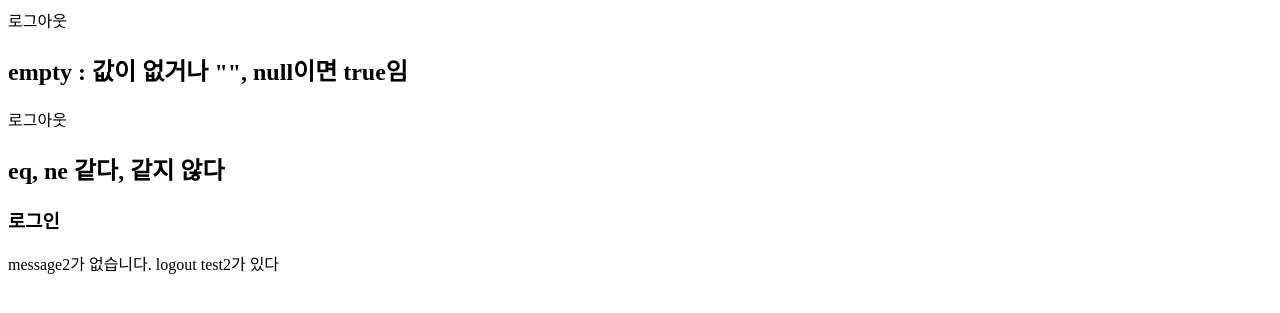
Repository: moonsae/jsp
Page: http://localhost/ELprj0908/jstl4
The author's editor kept a copy of each file at every save. The page is drawn from the files as they stood at one save, then again after the next save.
The browser window is 1280 px wide. The pictures show the whole page.
The page is served by Tomcat 9. Other server files are loaded and not shown.

Above is the page before, as saved 2023-09-08 06:49:10.

### ELprj0908/src/main/webapp/WEB-INF/views/jstl4.jsp
<%@ page language="java" contentType="text/html; charset=UTF-8"
    pageEncoding="UTF-8"%>
<%@ taglib uri="http://java.sun.com/jsp/jstl/core" prefix="c" %>
<!DOCTYPE html>
<html>
<head>
<meta charset="UTF-8">
<title>Insert title here</title>
</head>
<body>
   <% String id = (String)session.getAttribute("id");
      if(id !=null){
   %>
      로그아웃
  <%} else{%>
       로그인
  <%} %>
  <h2> empty : 값이 없거나 "", null이면 true임</h2>
  <c:if test="${empty id }"> 로그인</c:if>
  <c:if test="${not empty id }"> 로그아웃</c:if>

  <h2> eq, ne 같다, 같지 않다</h2>

  <c:set var="message" value="비로그인"/>
  <c:if test="${message eq '비로그인' }">
      <h3>로그인</h3>
  </c:if>
  <c:if test="${message ne '비로그인'}">
      <h3>로그아웃</h3>
  </c:if>

  <c:if test="${empty message }">
     message가 없습니다.
  </c:if>
  <c:if test="${empty message2 }">
     message2가 없습니다.
  </c:if>
  <c:set var="loginOut" value="${empty id ? 'login':'logout' }"/>
  ${loginOut}

  <c:set var="test2" value="acorn2"/>
  <c:set var="result" value="${empty test2 ? 'test2가 없다' : 'test2가 있다' }"/>
  ${result }
  </body>
</html>

### ELprj0908/src/main/java/elprj/Jstl4.java
package elprj;

import java.io.IOException;
import java.util.ArrayList;

import javax.servlet.ServletException;
import javax.servlet.annotation.WebServlet;
import javax.servlet.http.HttpServlet;
import javax.servlet.http.HttpServletRequest;
import javax.servlet.http.HttpServletResponse;
import javax.servlet.http.HttpSession;

@WebServlet("/jstl4")

public class Jstl4 extends HttpServlet{

	@Override
	protected void doGet(HttpServletRequest req, HttpServletResponse resp) throws ServletException, IOException {

		HttpSession session = req.getSession();
		session.setAttribute("id", "acorn01");
		req.getRequestDispatcher("WEB-INF/views/jstl4.jsp").forward(req, resp);
	}


}

After the next save:
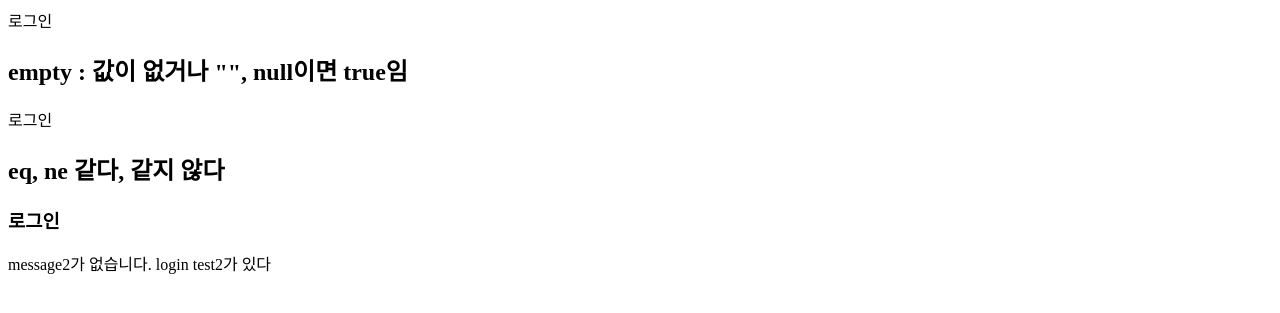
Saved 9 min 4 s later.
--- a/ELprj0908/src/main/java/elprj/Jstl4.java
+++ b/ELprj0908/src/main/java/elprj/Jstl4.java
@@ -18,7 +18,7 @@ public class Jstl4 extends HttpServlet{
 	protected void doGet(HttpServletRequest req, HttpServletResponse resp) throws ServletException, IOException {
 
 		HttpSession session = req.getSession();
-		session.setAttribute("id", "acorn01");
+		//session.setAttribute("id", "acorn01");
 		req.getRequestDispatcher("WEB-INF/views/jstl4.jsp").forward(req, resp);
 	}
 
